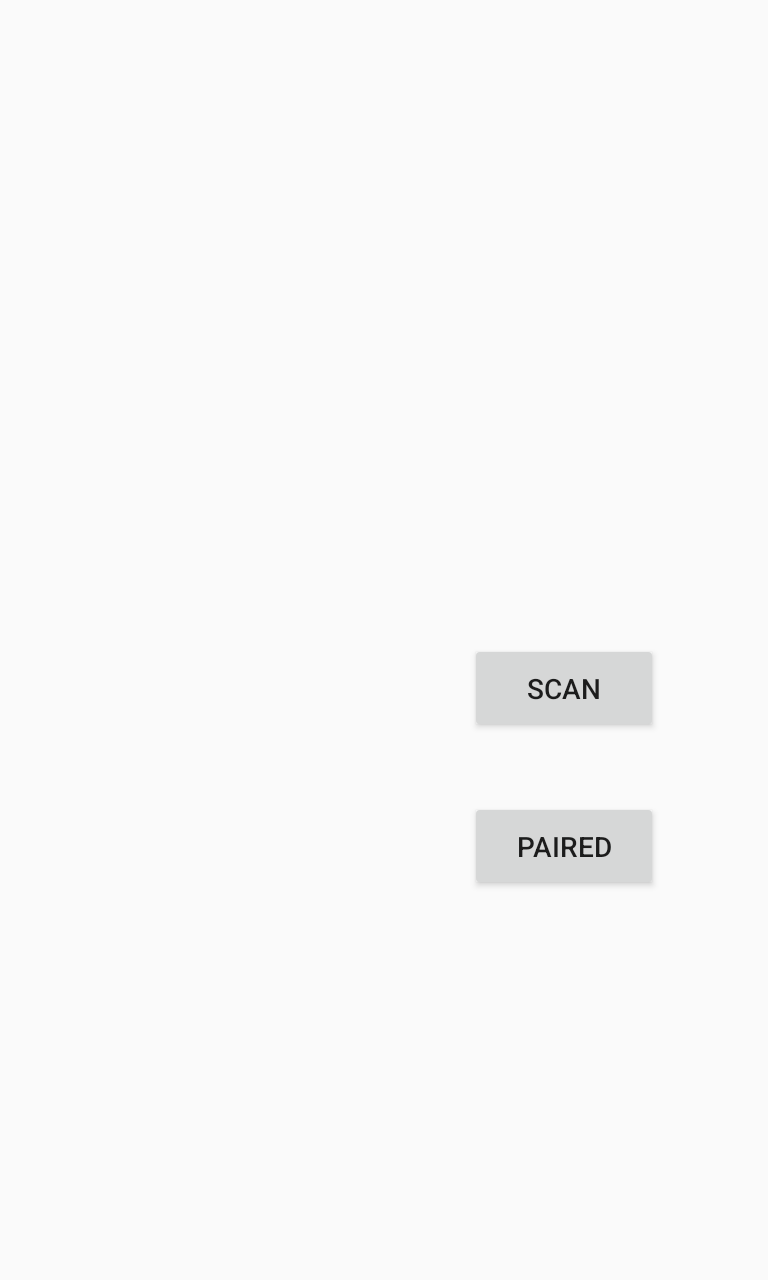
Repository: requiem3/Bluetooth_App
Layout: Bluetooth_App/res/layout/activity_bluetooth__app.xml
The author's editor kept a copy of each file at every save. The layout is drawn from the files as they stood at one save, then again after the next save.
It is drawn on a 768 x 1280 px phone screen (xhdpi) without system bars, with theme AppTheme; the app's code is not run. Lists and similar views that code fills are empty.

Above is the layout before, as saved 2015-02-09 02:07:19.

After the next save:
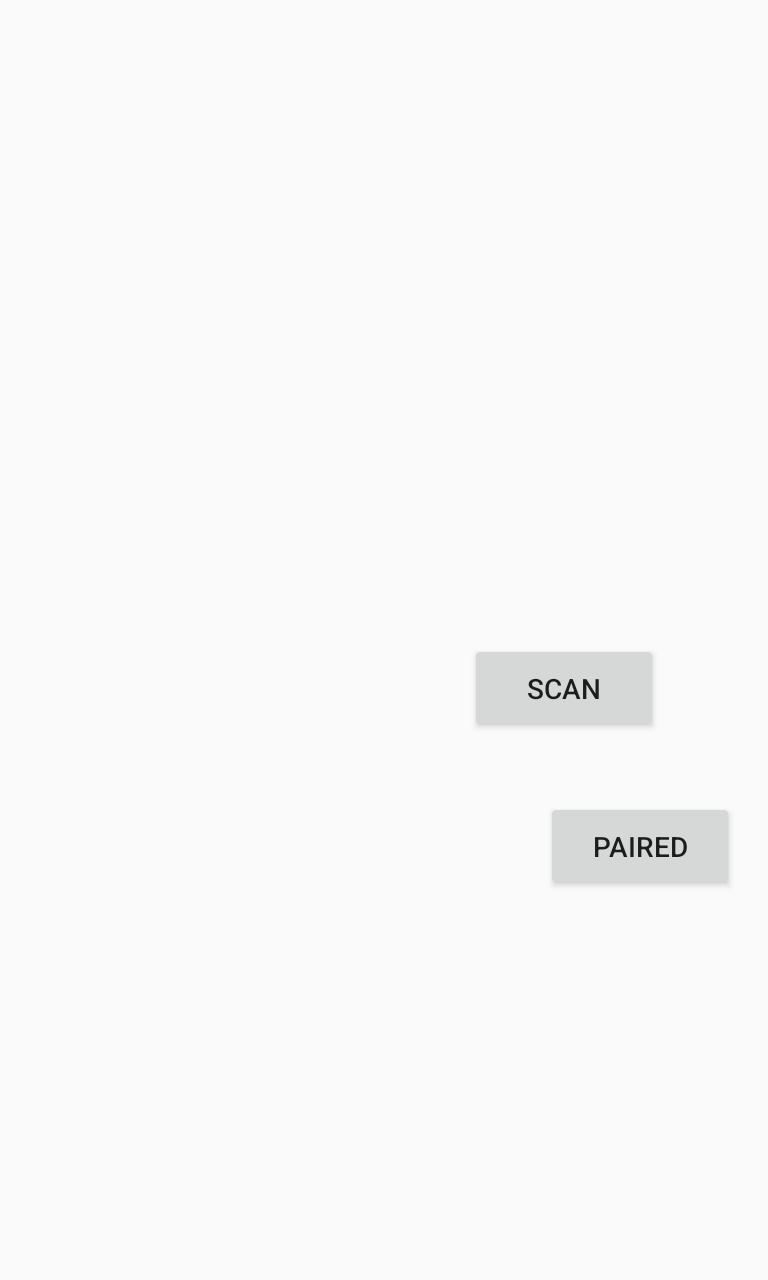
Saved 22 min 56 s later.
--- a/Bluetooth_App/res/layout/activity_bluetooth__app.xml
+++ b/Bluetooth_App/res/layout/activity_bluetooth__app.xml
@@ -30,7 +30,7 @@
         android:id="@+id/pairedButton"
         android:layout_width="96dp"
         android:layout_height="wrap_content"
-        android:layout_alignRight="@+id/scanButton"
+        android:layout_alignParentRight="true"
         android:layout_below="@+id/scanButton"
         android:layout_marginTop="31dp"
         android:text="Paired" />
